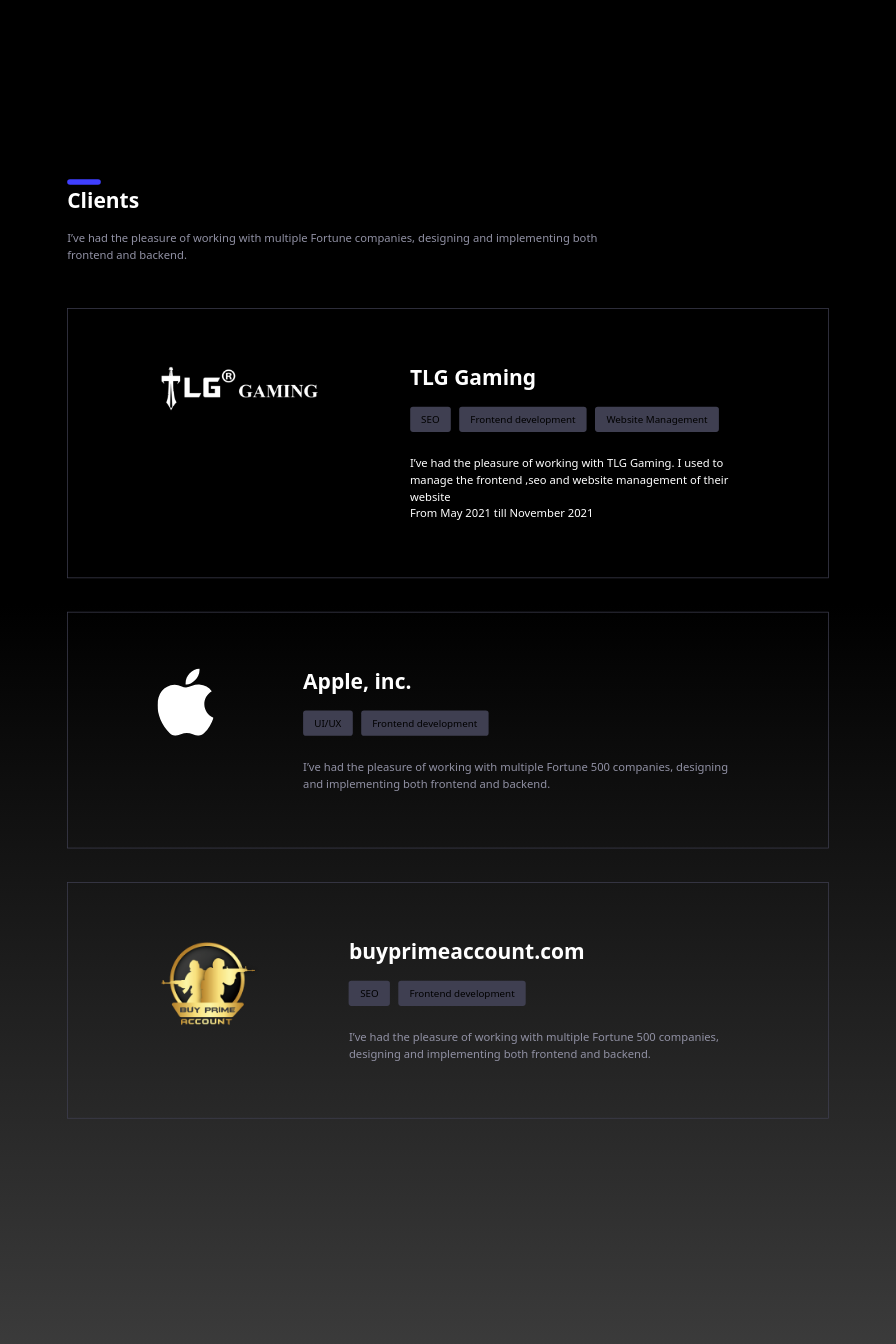
Repository: Alex0715/portfolio
Page: /components/client
These files come from the project's save history. The page is drawn as it stood at one moment and after the next save; the edit follows.
The browser window is 1280 px wide. The pictures show the part of the page from y = 0 to 1920 px (the page is 5756 px tall), at 70% of full size.
The project was rebuilt for these pictures with package versions that can differ from the ones it lists, and the page was loaded fresh each time. The framework's server and built-in components were replaced by stand-ins that run in the browser. Also part of the build but not shown: next.config.js.

Above is the page before, as saved 2022-02-04 02:18:34.

### pages/components/client.js
function Client() {
  return <div className="container mt-64 flex justify-between items-center mx-auto px-8 md:px-14 lg:px-24 w-full">
  <section className="w-full">
      <h2 id="clients" className="secondary-title text-white">Clients</h2>
      <p className="section-paragraph ">I’ve had the pleasure of working with multiple Fortune companies, designing and implementing both frontend and backend.</p>


      <div className="space-y-12 my-16">
          <div className="w-full border border-nav p-16 lg:px-32 lg:py-20 lg:space-x-32 flex justify-center lg:justify-start flex-wrap lg:flex-nowrap">


              <div className="mb-6 lg:mb-0">
                  <img src="/tlg.png" classNameName="flex flex-grow justify-content items-center"/>

              </div>


              <div className="flex flex-wrap justify-center text-center lg:text-left lg:block">
                  <h3 className="text-white text-3xl font-semibold">TLG Gaming</h3>

                  <div className="w-full lg:w-auto flex flex-wrap justify-center lg:justify-start gap-3 mt-6 mb-8">
                      <div className="badge">SEO</div>
                      <div className="badge">Frontend development</div>
                      <div className="badge">Website Management</div>
                  </div>

                  <p className="text-white">I’ve had the pleasure of working with TLG Gaming. I used to manage the frontend ,seo and website management of their website</p>
                  <p className="text-white">From May 2021 till November 2021</p>
              </div>

          </div>
          <div className="w-full border border-nav p-16 lg:px-32 lg:py-20 lg:space-x-32 flex justify-center lg:justify-start flex-wrap lg:flex-nowrap">


              <div className="mb-6 lg:mb-0">
                  <svg width="80" height="96" viewBox="0 0 80 96" fill="none" xmlns="http://www.w3.org/2000/svg"><path d="M66.6983 92.1599C61.5487 97.2095 55.867 96.4223 50.4513 94.0415C44.6936 91.6127 39.4299 91.4591 33.3492 94.0415C25.7767 97.3439 21.7577 96.3839 17.1972 92.1599C-8.55106 65.3759 -4.75058 24.5759 24.5131 23.0399C31.6105 23.4239 36.5796 27.0047 40.7601 27.3023C46.9739 26.0255 52.9216 22.3679 59.5724 22.8479C67.5629 23.5007 73.5392 26.6879 77.5297 32.4191C61.0926 42.4031 64.9881 64.2911 80.0855 70.4351C77.0641 78.4511 73.1876 86.3711 66.6888 92.2271L66.6983 92.1599ZM40.19 22.7519C39.4204 10.8479 48.9691 1.05595 59.9525 0.0959473C61.4632 13.8239 47.6009 24.0959 40.19 22.7519Z" fill="white"/></svg>
              </div>


              <div className="flex flex-wrap justify-center text-center lg:text-left lg:block">
                  <h3 className="text-white text-3xl font-semibold">Apple, inc.</h3>

                  <div className="w-full lg:w-auto flex flex-wrap justify-center lg:justify-start gap-3 mt-6 mb-8">
                      <div className="badge">UI/UX</div>
                      <div className="badge">Frontend development</div>
                  </div>

                  <p className="text-secondary">I’ve had the pleasure of working with multiple Fortune 500 companies, designing and implementing both frontend and backend.</p>
              </div>

          </div>
          <div className="w-full border border-nav p-16 lg:px-32 lg:py-20 lg:space-x-32 flex justify-center lg:justify-start flex-wrap lg:flex-nowrap">


              <div className="mb-6 lg:mb-0">
              <img src="bp.png" alt="fb" className="flex-grow items-center "/>
              </div>


              <div className="flex flex-wrap justify-center text-center lg:text-left lg:block">
                  <h3 className="text-white text-3xl font-semibold">buyprimeaccount.com</h3>

                  <div className="w-full lg:w-auto flex flex-wrap justify-center lg:justify-start gap-3 mt-6 mb-8">
                      <div className="badge">SEO</div>
                      <div className="badge">Frontend development</div>
                  </div>

                  <p className="text-secondary">I’ve had the pleasure of working with multiple Fortune 500 companies, designing and implementing both frontend and backend.</p>
              </div>

          </div>
      </div>

  </section>
</div>;
}

export default Client;

### styles/globals.css
@tailwind base;
@tailwind components;
@tailwind utilities;

body{
    scroll-behavior: smooth;
   height: 5500px;
  background: linear-gradient(#000000, #000000 15%, #737373 51%, #ffffff 75%);

}
.left-50{
    left: 50%;
}
.right-50{
    right: 50%;
}
.top-50{
    top:50%;
}

.-z-1 {
    z-index: -1;
}

.secondary-title {
    @apply text-3xl font-bold;
}

.secondary-title::before {
    content: "";
    @apply block w-12 h-2 bg-theme rounded-full mb-1;
}

.section-paragraph {
    @apply text-secondary my-6 w-full max-w-3xl;
}

.badge {
    @apply px-4 py-2 text-sm rounded bg-badge;
}

[id] {
scroll-margin-top: 100px;
}

.left-percentage {
    left: 5%;
}

.h-screen-partial {
    height: 80vh;
}

.logo{
    transition: 0.2s;
}
.logo:hover{
    transition: 0.2s;
    letter-spacing: 0.5em;
}


.nav-dot:hover span{
    opacity:1;
    transition: background 200ms
}

Loaded but not shown: pages/_app.tsx (common file); tailwind.config.js (common file)

After the next save:
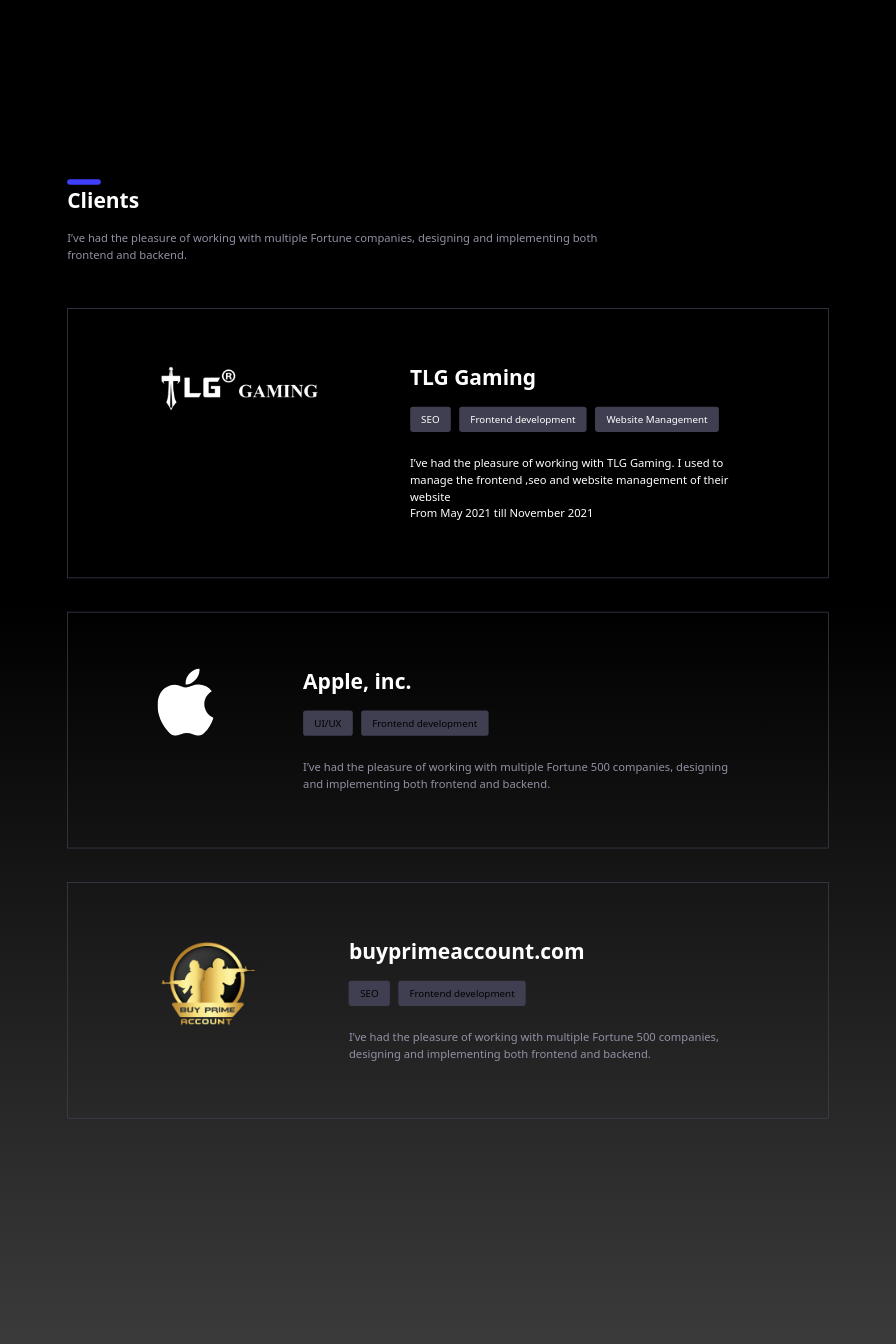
Saved 11 s later.
--- a/pages/components/client.js
+++ b/pages/components/client.js
@@ -19,9 +19,9 @@
                   <h3 className="text-white text-3xl font-semibold">TLG Gaming</h3>
 
                   <div className="w-full lg:w-auto flex flex-wrap justify-center lg:justify-start gap-3 mt-6 mb-8">
-                      <div className="badge">SEO</div>
-                      <div className="badge">Frontend development</div>
-                      <div className="badge">Website Management</div>
+                      <div className="badge text-white">SEO</div>
+                      <div className="badge text-white">Frontend development</div>
+                      <div className="badge text-white">Website Management</div>
                   </div>
 
                   <p className="text-white">I’ve had the pleasure of working with TLG Gaming. I used to manage the frontend ,seo and website management of their website</p>
